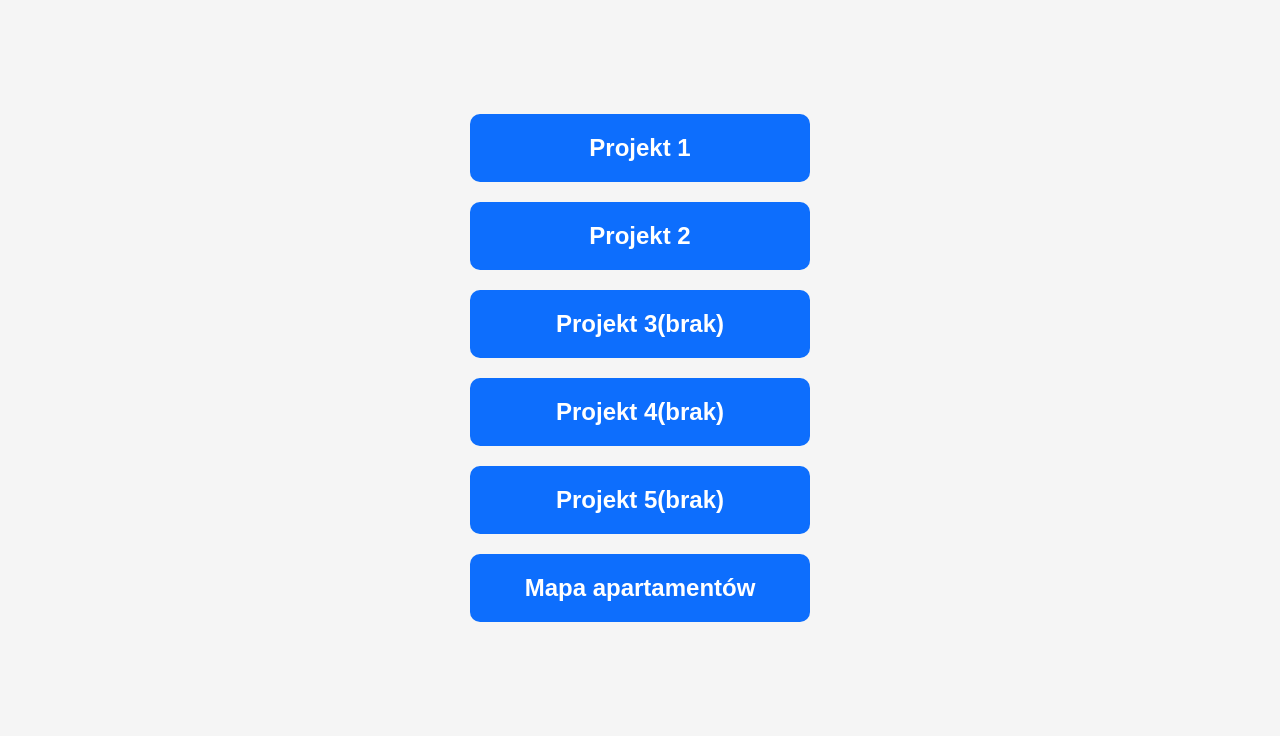
Repository: Adekbws/ogniskoKrynica.github.io
Page: index.html
The author's editor kept a copy of each file at every save. The page is drawn from the files as they stood at one save, then again after the next save.
The browser window is 1280 px wide. The pictures show the whole page.

Above is the page before, as saved 2026-06-12 14:50:26.

After the next save:
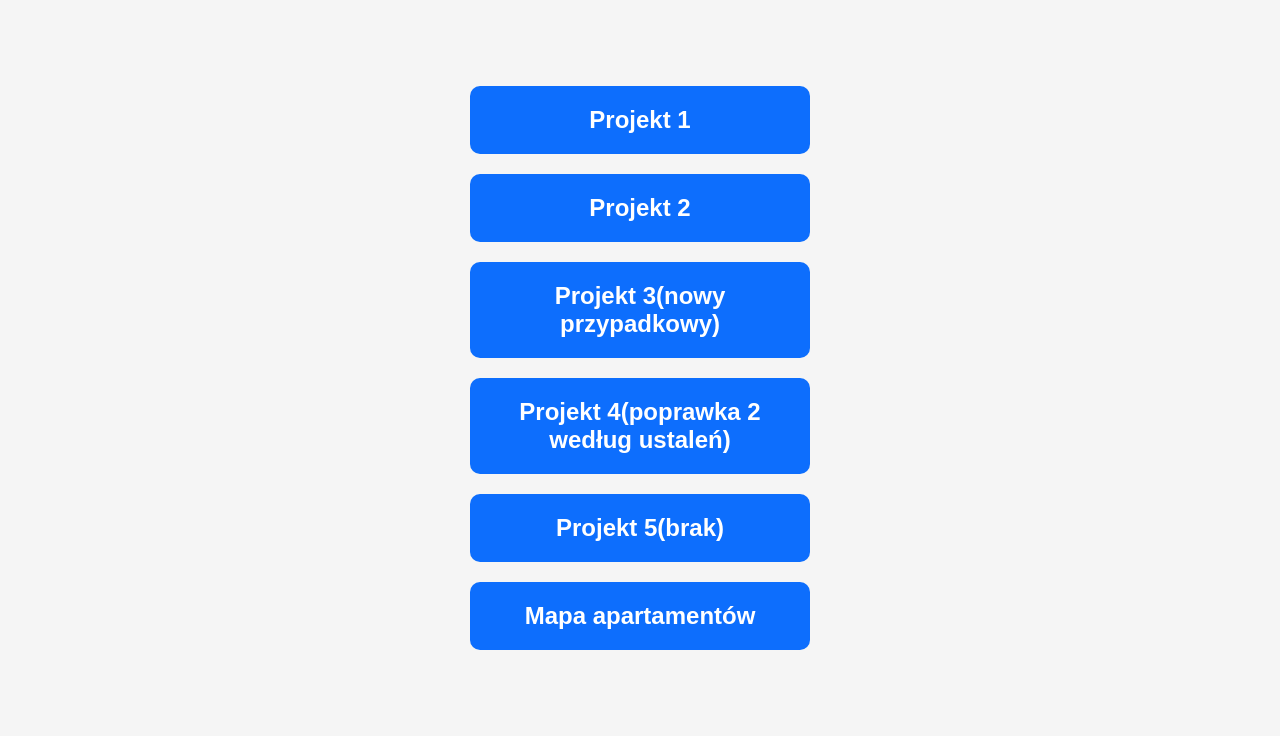
Saved 32 s later.
--- a/index.html
+++ b/index.html
@@ -38,8 +38,8 @@
   <body>
     <a href="projekt1.html">Projekt 1</a>
     <a href="projekt2.html">Projekt 2</a>
-    <a href="projekt3.html">Projekt 3(brak)</a>
-    <a href="projekt4.html">Projekt 4(brak)</a>
+    <a href="projekt3.html">Projekt 3(nowy przypadkowy)</a>
+    <a href="projekt4.html">Projekt 4(poprawka 2 według ustaleń)</a>
     <a href="projekt5.html">Projekt 5(brak)</a>
     <a href="mapa/index.html">Mapa apartamentów</a>
   </body>
